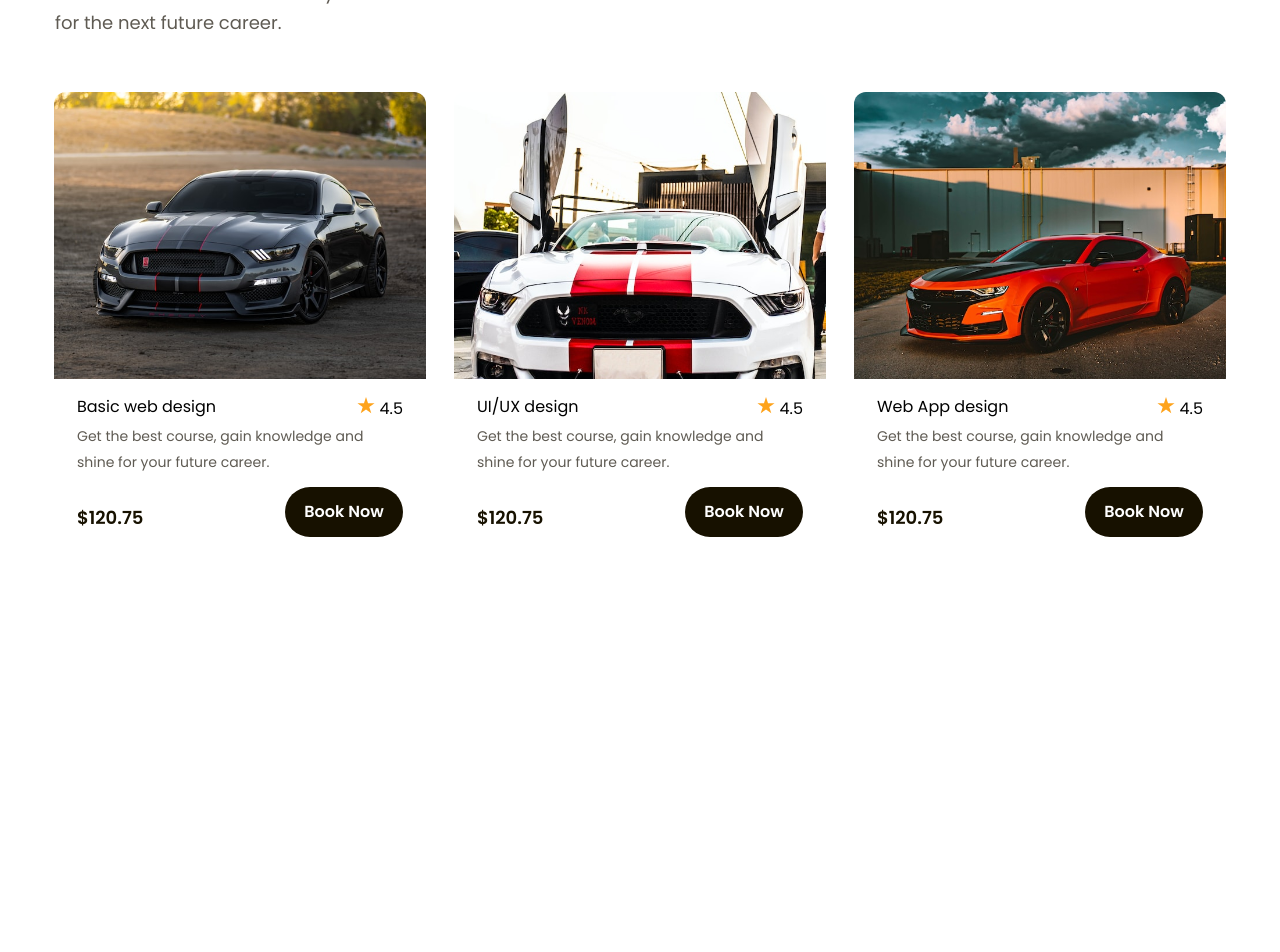
Repository: dongnguyen2112/htmlcss-project-02
Page: index.html
An editor plug-in stored every save of this project. The page is shown before and after the next save, followed by the edit.
The browser window is 1280 px wide. The pictures show the part of the page from y = 1186 to 2138 px (the page is 5000 px tall).
A picture or video elsewhere on the page could not be fetched, so the positions and the page height are approximate.

Above is the page before, as saved 2023-07-06 13:28:15.

After the next save:
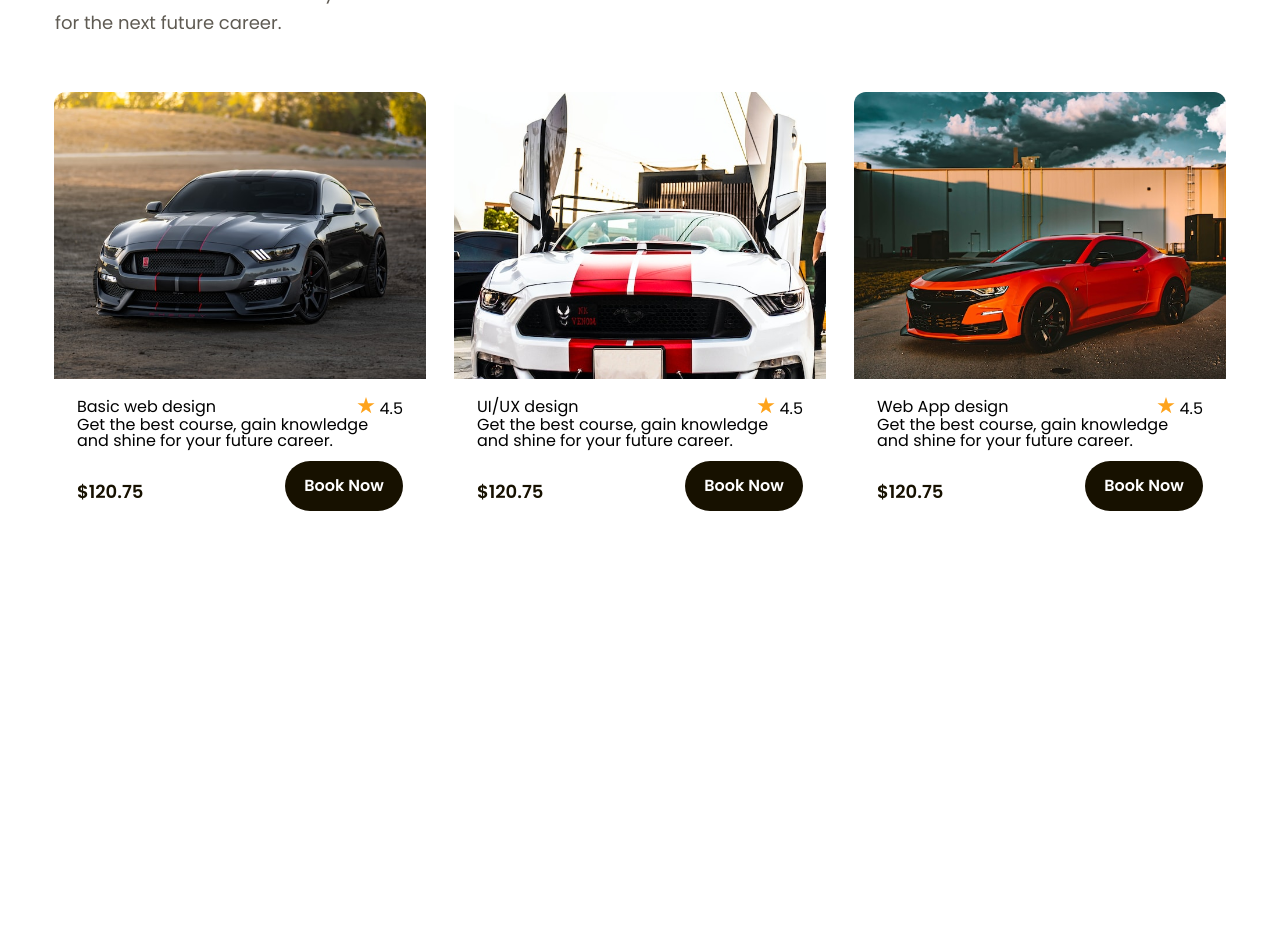
Saved 2 min 31 s later.
--- a/assets/css/styles.css
+++ b/assets/css/styles.css
@@ -257,6 +257,7 @@ a {
     align-items: center;
     justify-content: space-between;
 }
+.popular .
 .popular .course-item .desc {
     color: #5f5b53;
     font-size: 1.4rem;
